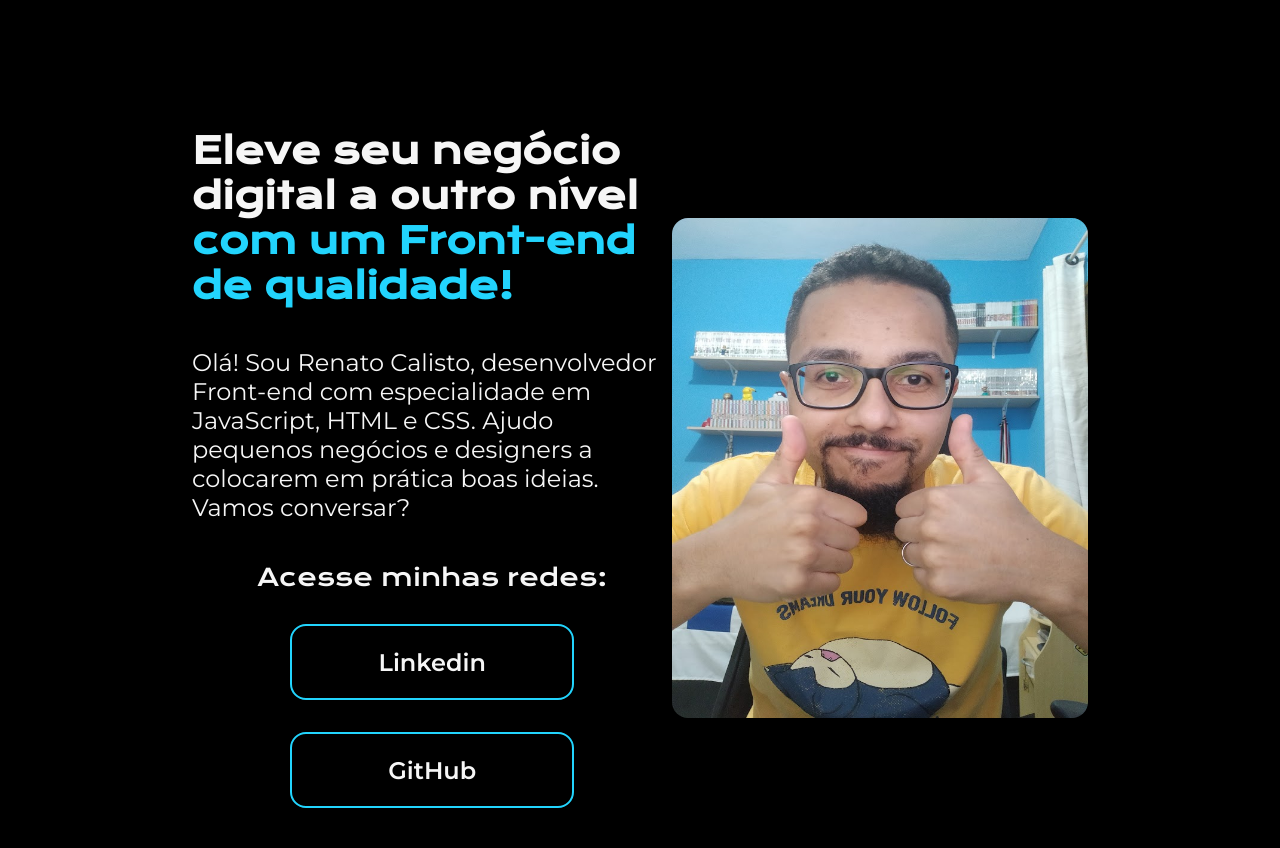
Repository: RenatoCCS/Portfolio_Alura
Page: index.html
An editor plug-in stored every save of this project. The page is shown before and after the next save, followed by the edit.
The browser window is 1280 px wide. The pictures show the whole page.

Above is the page before, as saved 2023-02-27 20:46:18.

After the next save:
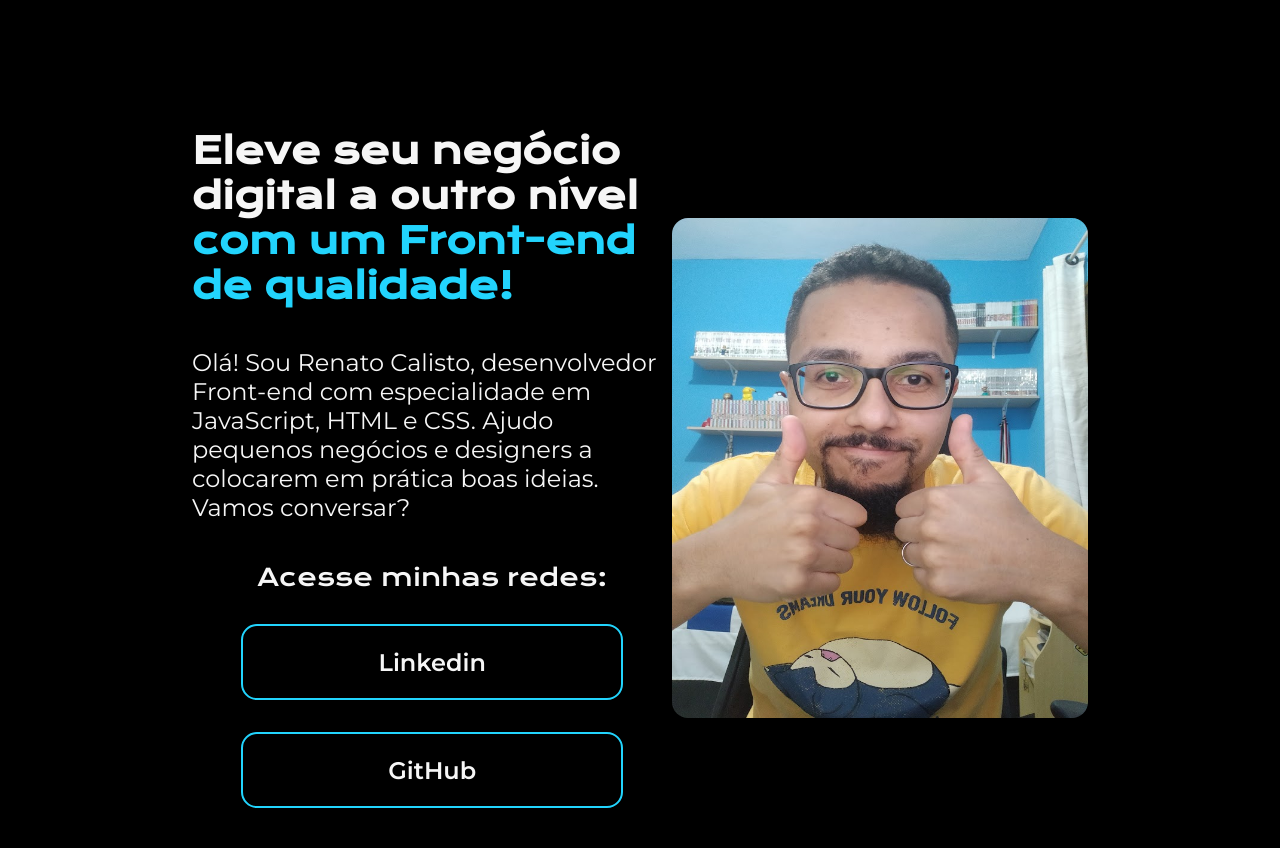
Saved 3 min 25 s later.
--- a/style.css
+++ b/style.css
@@ -57,7 +57,7 @@ body {
 .apresentacao__links__link {
   /* background-color: #22d4fd; foi trocado o estilo*/
   border: 2px solid #22d4fd;
-  width: 280px;
+  width: 378px;
   text-align: center;
   border-radius: 16px;
   font-size: 24px;
